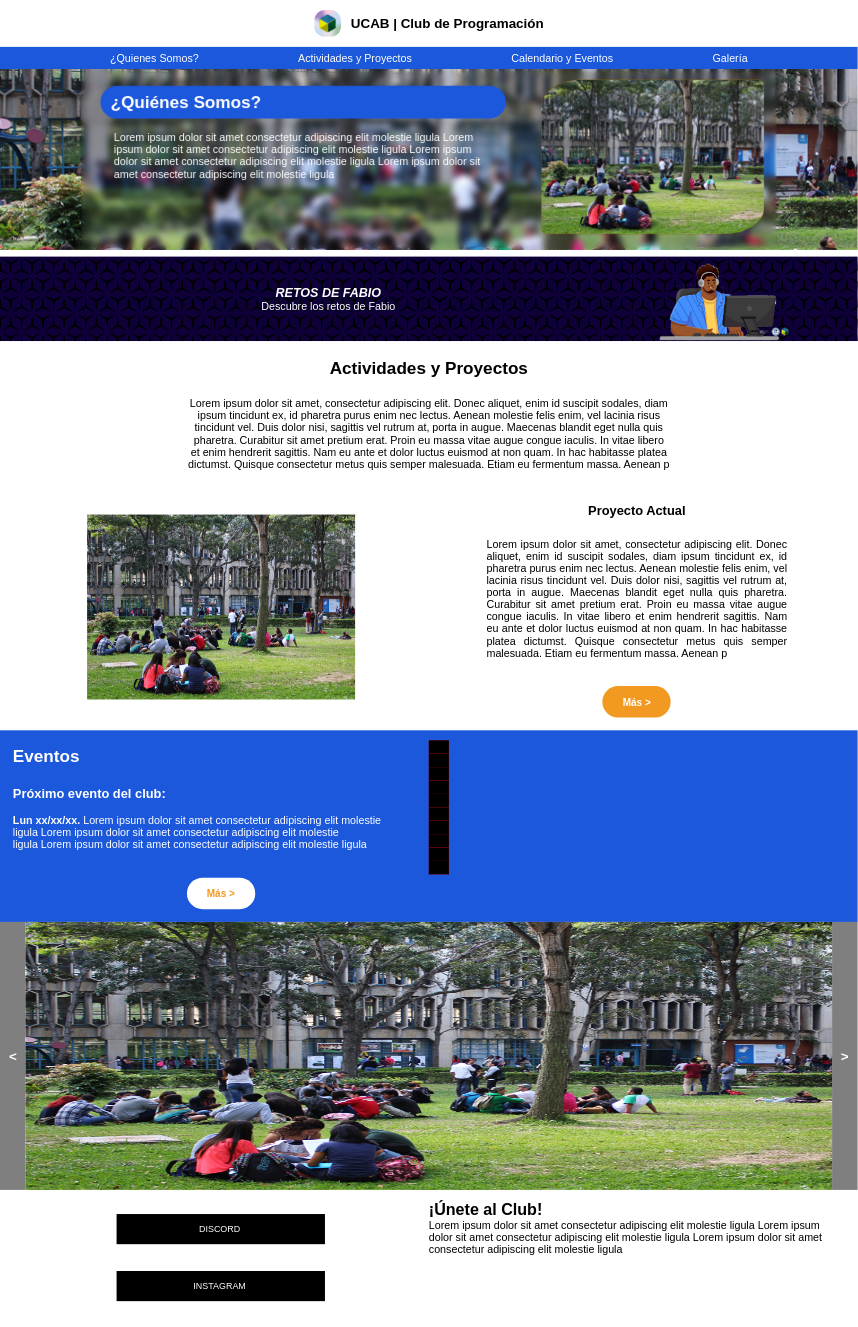
Repository: LuisR404/LandingPage
Page: Pages/QuienesSomos.html
These files come from the project's save history. The page is drawn as it stood at one moment and after the next save; the edit follows.
The browser window is 1280 px wide. The pictures show the whole page, at 67% of full size.

Above is the page before, as saved 2025-11-19 10:44:34.

### Pages/QuienesSomos.html
<!DOCTYPE html>
<html lang="es">
<head>
    <meta charset="UTF-8">
    <meta name="viewport" content="width=device-width, initial-scale=1.0">
    <link rel="stylesheet" href="../Styles/CommonStyles.css">   <!-- ESTILOS GENERALES -->
    <link rel="stylesheet" href="../Styles/QuienesSomos.css">   <!-- ESTILOS DE LA PÁGINA -->
    <title>Quienes Somos</title>
</head>

<body>
    <!-- TITULO -->
    <section class="header">
        <img src="../resources/club_icon.jpg" alt="" id="header-logo">
        <h1>UCAB | Club de Programación</h1>
    </section>

    <!-- NAV BAR -->
    <nav class="header-nav">
        <ul>
            <li><a href="./QuienesSomos.html">¿Quienes Somos?</a></li>
            <li><a href="./ActividadesYProyectos.html">Actividades y Proyectos</a></li>
            <li><a href="./CalendarioYEventos.html">Calendario y Eventos</a></li>
            <li><a href="./Galeria.html">Galería</a></li>
        </ul>
    </nav>

    <!-- QUIENES SOMOS -->
    <section class="quienes-somos">
        <div class="container">
            <div id="quienes-somos-text">
                <h2>¿Quiénes Somos?</h2>
                <p>
                    Lorem ipsum dolor sit amet consectetur adipiscing elit molestie ligula
                    Lorem ipsum dolor sit amet consectetur adipiscing elit molestie ligula
                    Lorem ipsum dolor sit amet consectetur adipiscing elit molestie ligula
                    Lorem ipsum dolor sit amet consectetur adipiscing elit molestie ligula
                </p>
            </div>

            <div id="quienes-somos-img">
                <img src="../resources/test_img.jpg" alt="">
            </div>
        </div>
    </section>

    <!-- RETOS DE FABIO -->
    <section class="retos-fabio">
        <div>
            <h3><i>RETOS DE FABIO</i></h3>
            <p>Descubre los retos de Fabio</p>
        </div>

        <img src="../resources/fabio.png" alt="">
    </section>

    <!-- ACTIVIDADES Y PROYECTOS -->
    <section class="actividades-proyectos">
        <h2>Actividades y Proyectos</h2>

        <p>
            Lorem ipsum dolor sit amet, consectetur adipiscing elit. Donec aliquet,
            enim id suscipit sodales, diam ipsum tincidunt ex, id pharetra purus enim nec lectus.
            Aenean molestie felis enim, vel lacinia risus tincidunt vel. Duis dolor nisi, sagittis
            vel rutrum at, porta in augue. Maecenas blandit eget nulla quis pharetra. Curabitur sit amet pretium erat.
            Proin eu massa vitae augue congue iaculis. In vitae libero et enim hendrerit sagittis.
            Nam eu ante et dolor luctus euismod at non quam. In hac habitasse platea dictumst.
            Quisque consectetur metus quis semper malesuada. Etiam eu fermentum massa. Aenean p
        </p>

        <div class="proyecto">
            <img src="../resources/test_img.jpg" alt="">

            <div>

                <h3>Proyecto Actual</h3>

                <p>
                    Lorem ipsum dolor sit amet, consectetur adipiscing elit. Donec aliquet,
                    enim id suscipit sodales, diam ipsum tincidunt ex, id pharetra purus enim nec lectus.
                    Aenean molestie felis enim, vel lacinia risus tincidunt vel. Duis dolor nisi, sagittis
                    vel rutrum at, porta in augue. Maecenas blandit eget nulla quis pharetra. Curabitur sit amet pretium erat.
                    Proin eu massa vitae augue congue iaculis. In vitae libero et enim hendrerit sagittis.
                    Nam eu ante et dolor luctus euismod at non quam. In hac habitasse platea dictumst.
                    Quisque consectetur metus quis semper malesuada. Etiam eu fermentum massa. Aenean p
                </p>

                <button>Más ></button>
            </div>
        </div>
    </section>

    <!-- EVENTOS -->
    <section class="eventos">
        <div>

            <h2>Eventos</h2>

            <h3>Próximo evento del club:</h3>

            <p>
                <b>Lun xx/xx/xx.</b>
                Lorem ipsum dolor sit amet consectetur adipiscing elit molestie ligula
                Lorem ipsum dolor sit amet consectetur adipiscing elit molestie ligula
                Lorem ipsum dolor sit amet consectetur adipiscing elit molestie ligula
            </p>

            <button>Más ></button>

        </div>

        <div class="calendario">
            <div></div>
            <div></div>
            <div></div>
            <div></div>
            <div></div>
            <div></div>
            <div></div>
            <div></div>
            <div></div>
            <div></div>
        </div>
        <!-- <img src="../resources/calendario_test_img.png" alt=""> -->
    </section>

    <!-- CARRUSEL -->
    <section class="carrusel">
        <button><</button>

        <img src="../resources/test_img.jpg" alt="">

        <button>></button>
    </section>

    <!-- UNETE -->
    <section class="unete">
        <div class="redes">
            <button>DISCORD <img src="" alt=""></button>
            <button>INSTAGRAM <img src="" alt=""></button>
        </div>

        <div>
            <h2>¡Únete al Club!</h2>

            <p>
                Lorem ipsum dolor sit amet consectetur adipiscing elit molestie ligula
                Lorem ipsum dolor sit amet consectetur adipiscing elit molestie ligula
                Lorem ipsum dolor sit amet consectetur adipiscing elit molestie ligula
            </p>
        </div>
    </section>

</body>
</html>

### Styles/CommonStyles.css
/* ============ ESTILOS DE PAGINA ============ */
* {
    font-family: Arial, Helvetica, sans-serif;
    margin: 0;
}

img {
    max-width: 100% ;
}

/* ============ HEADER ============ */
.header {
    display: flex;
    justify-content: center;
    align-items: center;

    padding-top: 15px;
    padding-bottom: 15px;
}

.header h1 {  /* ------> titulo */
    font-size: clamp(17px, 4vw, 20px);
    white-space: nowrap;

    margin-left: 15px;
}

#header-logo {  /* ------> logo */
    width: clamp(32px, 7vw, 40px);
    height: clamp(32px, 7vw, 40px);

    border-radius: 40%;
}

/* ========== NAV BAR ========== */
.header-nav {
    display: flex;
    justify-content: center;

    padding-top: 7.5px;
    padding-bottom: 7.5px;


    background-color: #1C58DB;
}

.header-nav ul {  /* ------> lista */
    display: flex;
    flex-direction: row;
    justify-content: space-around;

    width: 1100px;

    padding: 0;

    list-style: none;
}

.header-nav ul li a {  /* ------> links */
    text-decoration: none;
    color: white;
}

### Styles/QuienesSomos.css
/* =========== QUIENES SOMOS =========== */

.quienes-somos {
    display: flex;
    justify-content: center;

    width: 100%;

    background-image: url(../resources//test_img.jpg);
    background-position: center;
    background-size: 100%;
    background-color: grey;
}

.quienes-somos .container {
    display: grid;
    grid-template-rows: 1fr;
    grid-template-columns: 2fr 1fr;

    max-width: 1000px;

    padding-top: clamp(5px, 1.2vw, 25px);
    padding-bottom: clamp(10px, 1.5vw, 30px);
    padding-left: clamp(2px, 1.5vw, 30px);
    padding-right: clamp(2px, 1.5vw, 30px);

    backdrop-filter: blur(5px);
}



/* -----------> texto <----------- */

#quienes-somos-text {  /* ----------> contenedor */
    display: flex;
    flex-direction: column;

    padding: 10px 4vw 10px 10px;
}


#quienes-somos-text h2 { /* ----------> subtitulo */
    font-size: clamp(20px, 2vw, 30px);
    font-weight: 800;
    white-space: nowrap;
    color: white;

    padding: 10px 15px 10px 15px;
    margin-bottom: 20px;

    border-radius: 30px;

    background-color: #1C58DB;
}

#quienes-somos-text p { /* ----------> parrafo */
    font-size: auto;
    color: white;

    justify-content: center;

    padding: 0px 20px;
}

/* -----------> imagen <----------- */

#quienes-somos-img { /* ----------> contenedor */
    width: 100%;
    height: auto;

    align-content: center;

    overflow: hidden;
}

#quienes-somos-img img{  /* ----------> imagen */
    width: 100%;
    height: auto;

    border: 1px solid   rgba(0, 0, 0, 0.2);
    border-radius: 18% 10px 18% 10px;

    background-color: rgba(255, 162, 0, 0.258);

    aspect-ratio: auto;
    object-fit: cover;
}

/* -----------> media queries <----------- */

@media (max-width: 600px) {

    .quienes-somos .container {
        grid-template-columns: 1fr; /* ------> ajusta la disposicion del grid */
    }

    #quienes-somos-img {
        display: none; /* --------> invisibiliza la imagen */
    }
}


/* =========== RETOS DE FABIO =========== */

.retos-fabio {
    display: grid;
    grid-template-columns: 1fr 300px;

    text-wrap: nowrap;

    margin-top: 10px;

    background-color: rgb(20, 0, 67);
    background-image: url('../resources/textura.jpg');
    background-size:15vw;
    background-blend-mode:color-burn;
}

/* -----------> texto <----------- */
.retos-fabio div {
    text-align: center;
    align-self: center;
    color: white;
    width: 100%;
}

/* -----------> imagen <----------- */
.retos-fabio img {
    justify-self: end;

    max-width: 200px;
    height: auto;

    margin-right: 100px;
    margin-top: 10px;
}

/* -----------> efecto hover <----------- */
.retos-fabio:hover {
    cursor: pointer;
}

/* -----------> media queries <----------- */

@media (max-width: 600px) {
    .retos-fabio {  /* ----------> ajusta la disposicion del grid */
        grid-template-columns: 1fr;
    }

    .retos-fabio img {  /* ----------> desaparece la imagen */
        display: none;
    }

    .retos-fabio div {  /* ----------> ajusta el texto y el margen */
        font-size: 12px;

        padding: 10px;
    }
}


/* =========== ACTIVIDADES Y PROYECTOS =========== */

.actividades-proyectos {
    display: flex;
    flex-direction: column;

    padding-top: clamp(5px, 1.2vw, 25px);
    padding-bottom: clamp(10px, 1.5vw, 30px);
    padding-left: clamp(2px, 1.5vw, 30px);
    padding-right: clamp(2px, 1.5vw, 30px);

}

.actividades-proyectos h2 {  /* ----------> subtitulo */
    font-size: clamp(20px, 2vw, 30px);
    font-weight: 800;
    text-align: center;
    white-space: nowrap;

    padding: 10px 15px 10px 15px;
    margin-bottom: 20px;
}

.actividades-proyectos p {  /* ----------> parrafo */
    text-align: center;
    text-wrap: balance;

    align-self: center;

    max-width: 60%;

    margin-bottom: 40px;
}

/* -----------> proyecto <----------- */

.proyecto {
    display: grid;
    grid-template-rows: 1fr;
    grid-template-columns: 1fr 1fr;
}

/* ----------->> imagen <<----------- */

.proyecto img {
    justify-self: center;
    align-self: center;
    max-width: 400px;
}

/* ----------->> texto <<----------- */

.proyecto div {  /* ----------> contenedor */
    display: flex;
    flex-direction: column;
    justify-self: left;

    padding-left: 30px;
    padding-right: 30px;
}

.proyecto div h3 {  /* ----------> subtitulo */
    font-size: clamp(15px, 1.5vw, 25px);
    font-weight: 800;
    text-align: center;
    white-space: nowrap;

    padding: 10px 15px 10px 15px;
    margin-bottom: 20px;
}

.proyecto div p {  /* ----------> parrafo */
    text-align: justify;
    hyphenate-limit-chars: 2;
    text-wrap: balance;

    align-self: center;

    max-width: 80%;

    margin-bottom: 40px;
}

.proyecto div button {  /* ----------> boton mas */
    font-size: 15px;
    font-weight: 800;
    color: white;

    align-self: center;

    width: fit-content;

    padding: 15px 30px;

    border: none;
    border-radius: 25px;
    background-color: #F29922;
}

/* =========== EVENTOS =========== */

.eventos {
    display: grid;
    grid-template-rows: 1fr;
    grid-template-columns: 1fr 1fr;

    max-width: 100%;

    padding-top: clamp(5px, 1.2vw, 25px);
    padding-bottom: clamp(10px, 1.5vw, 30px);
    padding-left: clamp(2px, 1.5vw, 30px);
    padding-right: clamp(2px, 1.5vw, 30px);

    background-color: #1C58DB;
}

/* -----------> texto <----------- */

.eventos div {
    display: flex;
    flex-direction: column;

    color: white;
}

.eventos div h2 {
    font-size: clamp(20px, 2vw, 30px);
    font-weight: 800;
    text-align: left;
    white-space: nowrap;

    padding: 10px 0px;
    margin-bottom: 20px;
}

.eventos div h3 {
    font-size: clamp(15px, 1.5vw, 25px);
    font-weight: 800;
    text-align: left;
    white-space: nowrap;

    margin-bottom: 20px;
}

.eventos div p {
    text-align: left;
    /* hyphenate-limit-chars: 2; */
    text-wrap: balance;
    align-self: left;

    margin-bottom: 40px;
}

.eventos div button {
    font-size: 15px;
    font-weight: 800;
    color: #F29922;

    align-self: center;

    width: fit-content;

    padding: 15px 30px;

    border: none;
    border-radius: 25px;
    background-color: white;
}

/* -----------> calendario <----------- */
.calendario {
    display: grid;
    grid-template-rows: repeat(4, 1fr);
    grid-template-rows: 1 repeat(3, 1fr);

}

.calendario div {
    width: 10px;
    border: 10px solid black;
    background-color: red;
}


/* =========== CARRUSEL =========== */

.carrusel {
    display: flex;
    flex-direction: row;

    margin: 0px;
    padding: 0px;

    width: 100%;
    max-height: 400px
}

.carrusel img {
    width: 100%;
    /* object-fit: contain; */
}

.carrusel button {
    font-size: 20px;
    font-weight: 800;
    color: white;
    /* height: 100%; */
    width: 40px;

    border: none;
    border-radius: 0px;
    background-color: #00000080;
}

/* =========== UNETE =========== */

.unete {
    display: grid;
    grid-template-rows: 1fr;
    grid-template-columns: 1fr 1fr;

    max-width: 100%;

    padding-top: clamp(5px, 1.2vw, 25px);
    padding-bottom: clamp(10px, 1.5vw, 30px);
    padding-left: clamp(2px, 1.5vw, 30px);
    padding-right: clamp(2px, 1.5vw, 30px);
}

/* -----------> redes <----------- */

.redes {
    display: flex;
    flex-direction: column;
    align-items: center;
}

.redes button {
    width: 50%;

    padding: 15px 0px;
    margin: 20px;

    border: none;
    border-radius: none;

    color: white;
    background-color: black;
}

After the next save:
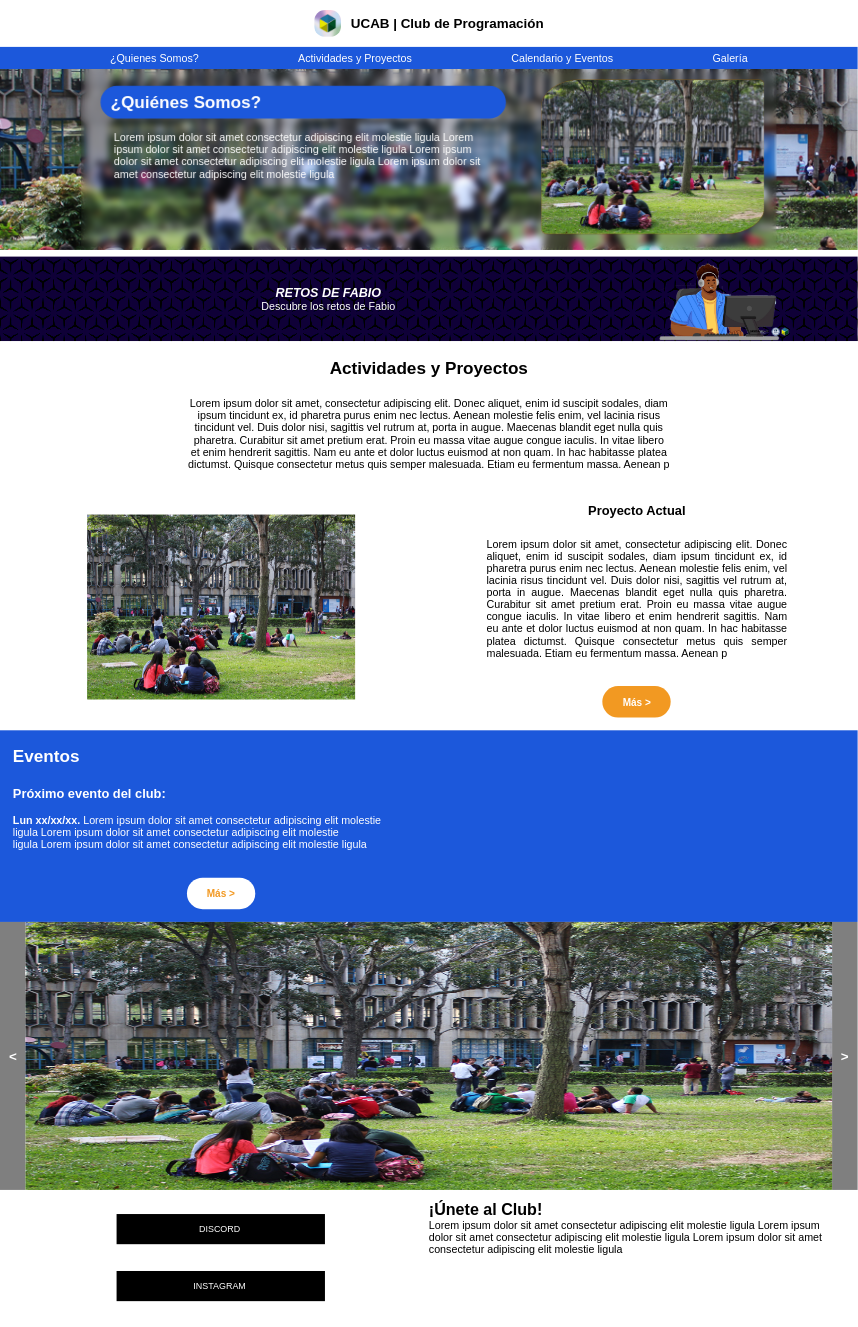
Saved 14 s later.
--- a/Styles/QuienesSomos.css
+++ b/Styles/QuienesSomos.css
@@ -336,7 +336,7 @@
 
 }
 
-.calendario div {
+.element {
     width: 10px;
     border: 10px solid black;
     background-color: red;
